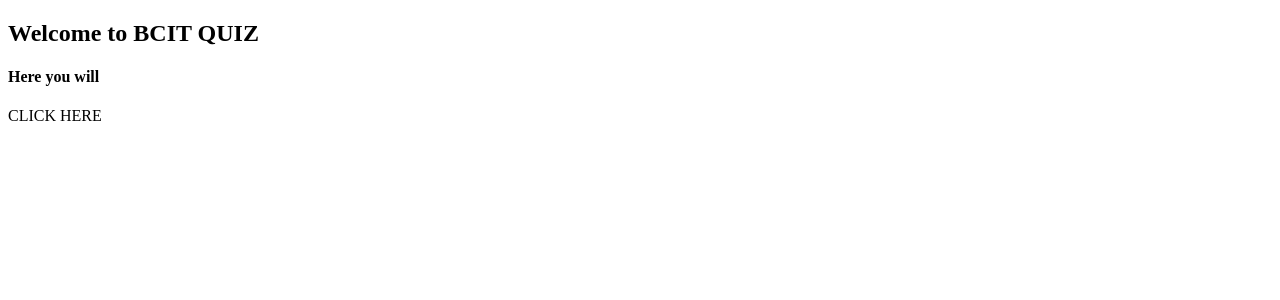
Repository: RenataDzotova/Trivia-BCIT
Page: index.html
The author's editor kept a copy of each file at every save. The page is drawn from the files as they stood at one save, then again after the next save.
The browser window is 1280 px wide. The pictures show the whole page.
The page's requests for data from a server got no answer.

Above is the page before, as saved 2022-10-24 12:19:06.

After the next save:
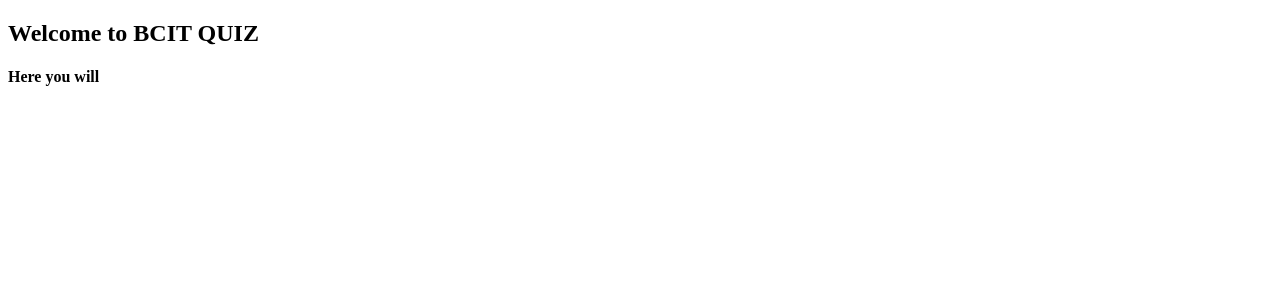
Saved 6 s later.
--- a/index.html
+++ b/index.html
@@ -10,7 +10,6 @@
 <body>
     <h2>Welcome to BCIT QUIZ </h2>
     <h4>Here you will </h4>
-    <a>CLICK HERE</a>
 </body>
 <script>
     // alert("Welcome to the BCIT Teacher Quiz");
